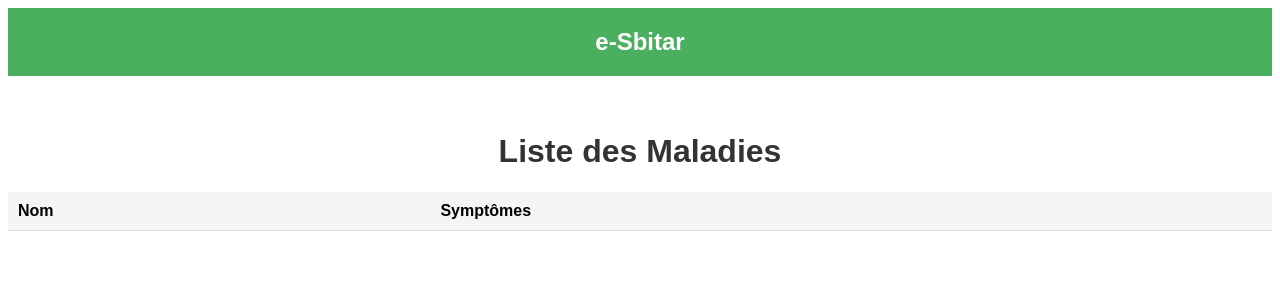
Repository: Sidel-malek/e-sbitar
Page: http://localhost/singup/maladies
An editor plug-in stored every save of this project. The page is shown before and after the next save, followed by the edit.
The browser window is 1280 px wide. The pictures show the whole page.
The page is served by Tomcat 9. Other server files are loaded and not shown. Queries for data that is not in the repository find no rows.

Above is the page before, as saved 2023-06-03 02:55:40.

### authentification/singup/src/main/webapp/Santé.jsp
<%@ taglib prefix="c" uri="http://java.sun.com/jsp/jstl/core" %>
<!DOCTYPE html>
<html>
<head>
    <meta charset="UTF-8">
    <title>Liste des Maladies</title>
    <style>
        body {
            font-family: Arial, sans-serif;
        }
        h1 {
            text-align: center;
            color: #333;
        }
        table {
            width: 100%;
            border-collapse: collapse;
            margin-top: 20px;
        }
        th, td {
            padding: 10px;
            text-align: left;
            border-bottom: 1px solid #ddd;
        }
        th {
            background-color: #f5f5f5;
        }
        tr:hover {
            background-color: #f9f9f9;
        }
    </style>
</head>
<body>
    <jsp:include page="navbar.jsp" />
    <br>
    <br>

    <h1>Liste des Maladies</h1>
    <table>
        <tr>
            <th>Nom</th>
            <th>Symptômes</th>
        </tr>
        <c:forEach items="${maladies}" var="maladie">
            <tr>
                <td>${maladie.nom}</td>
                <td>${maladie.symptome}</td>
            </tr>
        </c:forEach>
    </table>
</body>
</html>

### authentification/singup/src/main/webapp/navbar.jsp
<%@ page language="java" contentType="text/html; charset=ISO-8859-1"
    pageEncoding="ISO-8859-1"%>
<div class="navbar">
    <h1 class="app-name">e-Sbitar</h1>
</div>

<style>
    .navbar {
        background-color: #4BAF60;
        padding: 20px;

    }

    .app-name {
        color: #FFFFFF;
        font-size: 24px;
        margin: 0;
    }
</style>

### authentification/singup/src/main/java/web/registrationservlet/MaladieServlet.java
package web.registrationservlet;

import java.io.IOException;
import java.sql.Connection;
import java.sql.DriverManager;
import java.sql.PreparedStatement;
import java.sql.ResultSet;
import java.sql.SQLException;
import java.util.ArrayList;
import java.util.List;

import javax.servlet.RequestDispatcher;
import javax.servlet.ServletException;
import javax.servlet.annotation.WebServlet;
import javax.servlet.http.HttpServlet;
import javax.servlet.http.HttpServletRequest;
import javax.servlet.http.HttpServletResponse;

@WebServlet("/maladies")

public class MaladieServlet extends HttpServlet {

    private static final long serialVersionUID = 1L;
    RequestDispatcher dispatcher = null;
	Connection con =null ;

    protected void doGet(HttpServletRequest request, HttpServletResponse response)
            throws ServletException, IOException {


        try {

        	Class.forName("com.mysql.cj.jdbc.Driver");

    		con = DriverManager.getConnection("jdbc:mysql://localhost:3306/project?serverTimezone=Europe/Paris" , "Malek" , "38032591@malek.dz" ) ;

            String sql = "SELECT nom, id_symptome FROM maladie";
            PreparedStatement statement = con.prepareStatement(sql);
            ResultSet resultSet = statement.executeQuery();

            List<Maladie> maladies = new ArrayList<Maladie>();

            while (resultSet.next()) {
                String nom = resultSet.getString("nom");
                String symptome = resultSet.getString("id_symptome");
                Maladie maladie = new Maladie(nom, symptome);
                maladies.add(maladie);
            }

            request.setAttribute("maladies", maladies);

            request.getRequestDispatcher("Santé.jsp").forward(request, response);

        } catch (SQLException e) {
            e.printStackTrace();
        } catch (ClassNotFoundException e) {
			// TODO Auto-generated catch block
			e.printStackTrace();
		}
    }
}

After the next save:
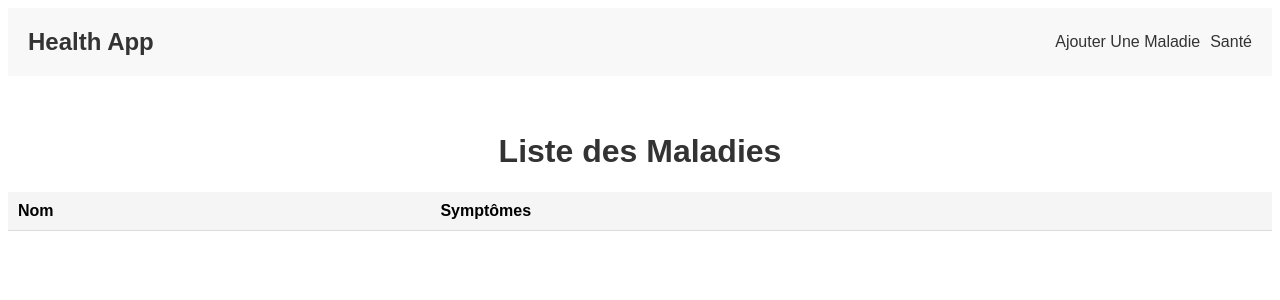
Saved 3 min 26 s later.
--- a/authentification/singup/src/main/webapp/navbar.jsp
+++ b/authentification/singup/src/main/webapp/navbar.jsp
@@ -1,19 +1,45 @@
 <%@ page language="java" contentType="text/html; charset=ISO-8859-1"
     pageEncoding="ISO-8859-1"%>
 <div class="navbar">
-    <h1 class="app-name">e-Sbitar</h1>
+    <h1 class="app-name">Health App</h1>
+    <ul class="nav-links">
+        <li><a href="prestataire.jsp">Ajouter Une Maladie</a></li>
+        <li><a href="${pageContext.request.contextPath}/maladies">Santé</a></li>
+    </ul>
 </div>
 
 <style>
     .navbar {
-        background-color: #4BAF60;
+        background-color: #f8f8f8;
         padding: 20px;
-
+        display: flex;
+        justify-content: space-between;
+        align-items: center;
     }
 
     .app-name {
-        color: #FFFFFF;
+        color: #333;
         font-size: 24px;
         margin: 0;
     }
+
+    .nav-links {
+        list-style: none;
+        margin: 0;
+        padding: 0;
+        display: flex;
+    }
+
+    .nav-links li {
+        margin-left: 10px;
+    }
+
+    .nav-links li:first-child {
+        margin-left: auto;
+    }
+
+    .nav-links li a {
+        color: #333;
+        text-decoration: none;
+    }
 </style>
